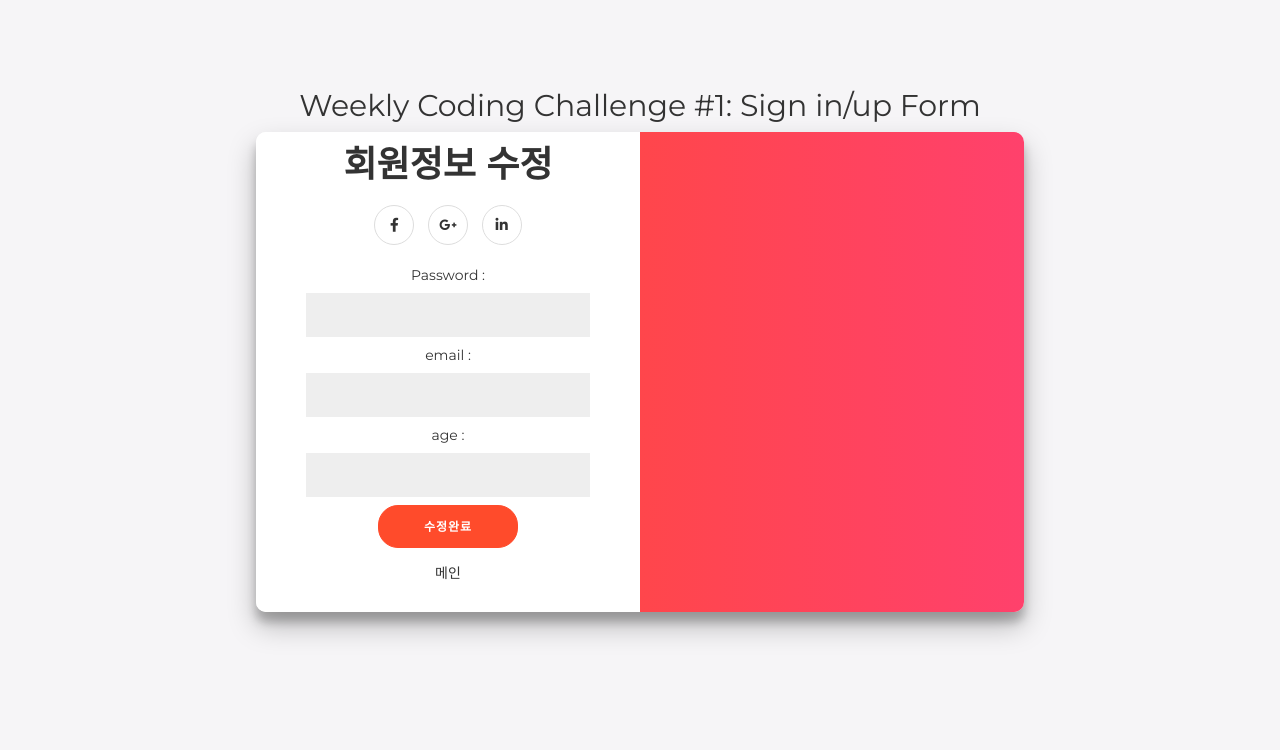
Repository: donghoonshin96/20230601
Page: http://localhost/jsp_project4/member/modify.jsp
The author's editor kept a copy of each file at every save. The page is drawn from the files as they stood at one save, then again after the next save.
The browser window is 1280 px wide. The pictures show the whole page.
Some web libraries are served in a nearby version. The page is served by Tomcat 9. Other server files are loaded and not shown. The template is opened directly, without the code that normally fills it, so the values that code supplies are empty.

Above is the page before, as saved 2023-05-30 06:27:33.

### jsp_project4/jsp_project4/src/main/webapp/member/modify.jsp
<%@ page language="java" contentType="text/html; charset=UTF-8"
	pageEncoding="UTF-8"%>
<!DOCTYPE html>
<html>
<head>
<meta charset="UTF-8">
<meta name="viewport" content="width=device-width, initial-scale=1">
<link rel="stylesheet"
	href="https://maxcdn.bootstrapcdn.com/bootstrap/4.5.2/css/bootstrap.min.css">
<link rel="stylesheet" href="/resources/css/bootstrap.css">
<link rel="stylesheet"
	href="https://cdnjs.cloudflare.com/ajax/libs/font-awesome/5.14.0/css/all.min.css">
<link rel="stylesheet"
	href="//maxcdn.bootstrapcdn.com/bootstrap/3.3.5/css/bootstrap.min.css">
<style>
@import
	url('https://fonts.googleapis.com/css?family=Montserrat:400,800');

* {
	box-sizing: border-box;
}

body {
	background: #f6f5f7;
	display: flex;
	justify-content: center;
	align-items: center;
	flex-direction: column;
	font-family: 'Montserrat', sans-serif;
	height: 100vh;
	margin: -20px 0 50px;
}

h1 {
	font-weight: bold;
	margin: 0;
}

h2 {
	text-align: center;
}

p {
	font-size: 14px;
	font-weight: 100;
	line-height: 20px;
	letter-spacing: 0.5px;
	margin: 20px 0 30px;
}

span {
	font-size: 12px;
}

a {
	color: #333;
	font-size: 14px;
	text-decoration: none;
	margin: 15px 0;
}

button {
	border-radius: 20px;
	border: 1px solid #FF4B2B;
	background-color: #FF4B2B;
	color: #FFFFFF;
	font-size: 12px;
	font-weight: bold;
	padding: 12px 45px;
	letter-spacing: 1px;
	text-transform: uppercase;
	transition: transform 80ms ease-in;
}

button:active {
	transform: scale(0.95);
}

button:focus {
	outline: none;
}

button.ghost {
	background-color: transparent;
	border-color: #FFFFFF;
}

form {
	background-color: #FFFFFF;
	display: flex;
	align-items: center;
	justify-content: center;
	flex-direction: column;
	padding: 0 50px;
	height: 100%;
	text-align: center;
}

input {
	background-color: #eee;
	border: none;
	padding: 12px 15px;
	margin: 8px 0;
	width: 100%;
}

.container {
	background-color: #fff;
	border-radius: 10px;
	box-shadow: 0 14px 28px rgba(0, 0, 0, 0.25), 0 10px 10px
		rgba(0, 0, 0, 0.22);
	position: relative;
	overflow: hidden;
	width: 768px;
	max-width: 100%;
	min-height: 480px;
}

.form-container {
	position: absolute;
	top: 0;
	height: 100%;
	transition: all 0.6s ease-in-out;
}

.sign-in-container {
	left: 0;
	width: 50%;
	z-index: 2;
}

.container.right-panel-active .sign-in-container {
	transform: translateX(100%);
}

.sign-up-container {
	left: 0;
	width: 50%;
	opacity: 0;
	z-index: 1;
}

.container.right-panel-active .sign-up-container {
	transform: translateX(100%);
	opacity: 1;
	z-index: 5;
	animation: show 0.6s;
}

@
keyframes show { 0%, 49.99% {
	opacity: 0;
	z-index: 1;
}

50


%
,
100


%
{
opacity


:


1
;


z-index


:


5
;


}
}
.overlay-container {
	position: absolute;
	top: 0;
	left: 50%;
	width: 50%;
	height: 100%;
	overflow: hidden;
	transition: transform 0.6s ease-in-out;
	z-index: 100;
}

.container.right-panel-active .overlay-container {
	transform: translateX(-100%);
}

.overlay {
	background: #FF416C;
	background: -webkit-linear-gradient(to right, #FF4B2B, #FF416C);
	background: linear-gradient(to right, #FF4B2B, #FF416C);
	background-repeat: no-repeat;
	background-size: cover;
	background-position: 0 0;
	color: #FFFFFF;
	position: relative;
	left: -100%;
	height: 100%;
	width: 200%;
	transform: translateX(0);
	transition: transform 0.6s ease-in-out;
}

.container.right-panel-active .overlay {
	transform: translateX(50%);
}

.overlay-panel {
	position: absolute;
	display: flex;
	align-items: center;
	justify-content: center;
	flex-direction: column;
	padding: 0 40px;
	text-align: center;
	top: 0;
	height: 100%;
	width: 50%;
	transform: translateX(0);
	transition: transform 0.6s ease-in-out;
}

.overlay-left {
	transform: translateX(-20%);
}

.container.right-panel-active .overlay-left {
	transform: translateX(0);
}

.overlay-right {
	right: 0;
	transform: translateX(0);
}

.container.right-panel-active .overlay-right {
	transform: translateX(20%);
}

.social-container {
	margin: 20px 0;
}

.social-container a {
	border: 1px solid #DDDDDD;
	border-radius: 50%;
	display: inline-flex;
	justify-content: center;
	align-items: center;
	margin: 0 5px;
	height: 40px;
	width: 40px;
}

footer {
	background-color: #222;
	color: #fff;
	font-size: 14px;
	bottom: 0;
	position: fixed;
	left: 0;
	right: 0;
	text-align: center;
	z-index: 999;
}

footer p {
	margin: 10px 0;
}

footer i {
	color: red;
}

footer a {
	color: #3c97bf;
	text-decoration: none;
}
</style>
<title>회원정보 수정 페이지</title>

</head>

<body>
	<h2>Weekly Coding Challenge #1: Sign in/up Form</h2>
	<div class="container" id="container">
		<div class="form-container sign-up-container">
			<form action="#">
				<h1>Create Account</h1>
				<div class="social-container">
					<a href="#" class="social"><i class="fab fa-facebook-f"></i></a> <a
						href="#" class="social"><i class="fab fa-google-plus-g"></i></a> <a
						href="#" class="social"><i class="fab fa-linkedin-in"></i></a>
				</div>
				<span>or use your email for registration</span> <input type="text"
					name="id" placeholder="Name" /> <input type="email"
					name="password" placeholder="Email" /> <input type="password"
					placeholder="Password" />
				<button>Sign Up</button>
			</form>
		</div>
		<div class="form-container sign-in-container">
			<form action="/mem/edit" method="post">
				<h1>회원정보 수정</h1>
				<div class="social-container">
					<a href="#" class="social"><i class="fab fa-facebook-f"></i></a> <a
						href="#" class="social"><i class="fab fa-google-plus-g"></i></a> <a
						href="#" class="social"><i class="fab fa-linkedin-in"></i></a>
				</div>
				Password : <input type="password"name="password" value="${ses.password }">
				email : <input type="email" name="email" value="${ses.email }">
				age : <input type="text" name="age" value="${ses.age }">
				<button type="submit">수정완료</button>
				<a href="/">메인</a>
			</form>
		</div>
		<div class="overlay-container">
			<div class="overlay">
				<div class="overlay-panel overlay-left">
					<h1>Welcome Back!</h1>
					<p>To keep connected with us please login with your personal
						info</p>

					<button class="ghost" id="signIn">Sign In</button>
				</div>
			</div>
		</div>
	</div>
</body>
</html>

Loaded but not shown: jsp_project4/jsp_project4/src/main/webapp/resources/dist/css/bootstrap.css (library)

After the next save:
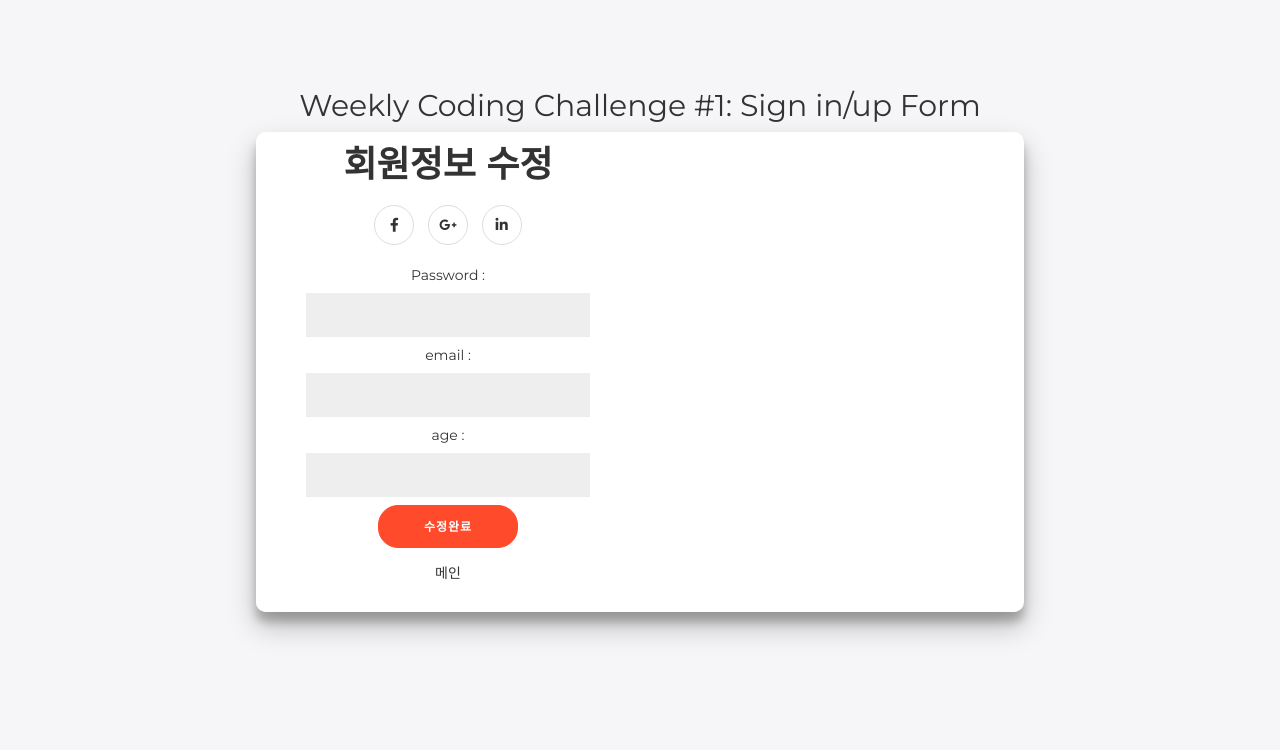
Saved 2 min 33 s later.
--- a/jsp_project4/jsp_project4/src/main/webapp/member/modify.jsp
+++ b/jsp_project4/jsp_project4/src/main/webapp/member/modify.jsp
@@ -329,17 +329,7 @@
 				<a href="/">메인</a>
 			</form>
 		</div>
-		<div class="overlay-container">
-			<div class="overlay">
-				<div class="overlay-panel overlay-left">
-					<h1>Welcome Back!</h1>
-					<p>To keep connected with us please login with your personal
-						info</p>
-
-					<button class="ghost" id="signIn">Sign In</button>
-				</div>
-			</div>
-		</div>
+
 	</div>
 </body>
 </html>

After the save that followed:
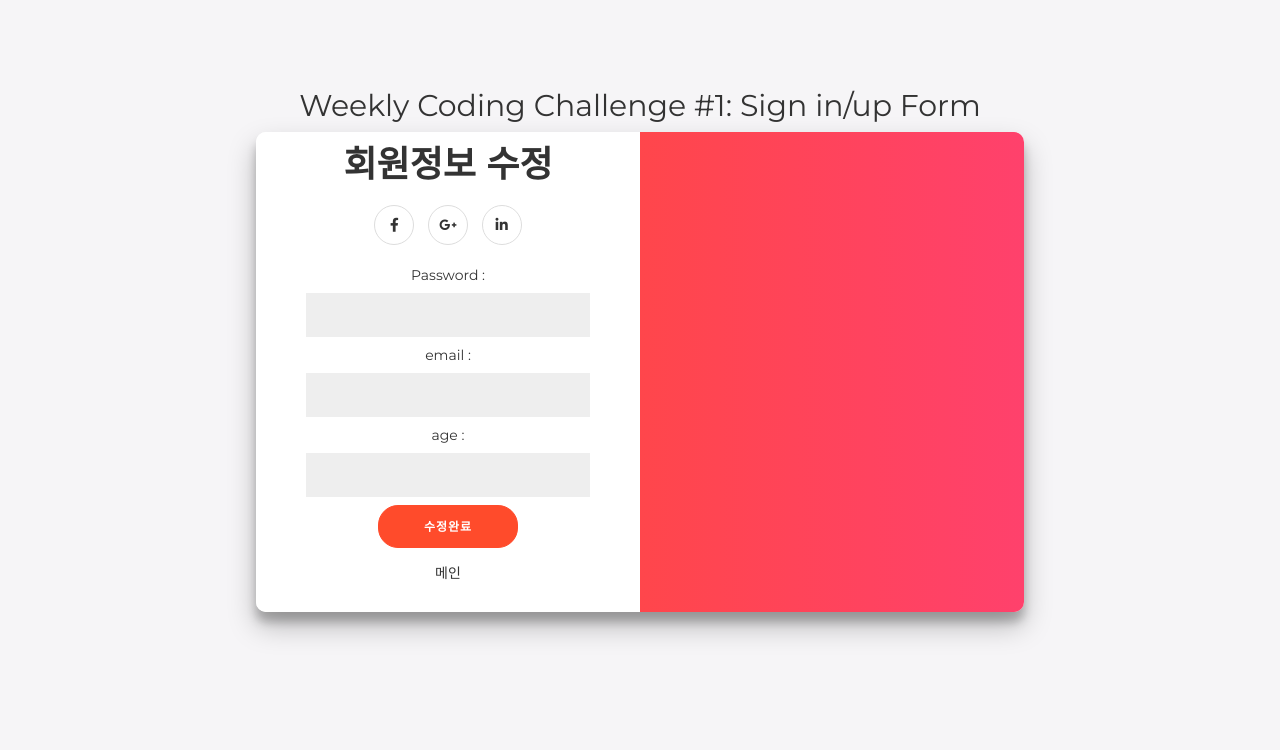
Saved 19 s later.
--- a/jsp_project4/jsp_project4/src/main/webapp/member/modify.jsp
+++ b/jsp_project4/jsp_project4/src/main/webapp/member/modify.jsp
@@ -329,7 +329,17 @@
 				<a href="/">메인</a>
 			</form>
 		</div>
-
+		<div class="overlay-container">
+			<div class="overlay">
+				<div class="overlay-panel overlay-left">
+					<h1>Welcome Back!</h1>
+					<p>To keep connected with us please login with your personal
+						info</p>
+
+					<button class="ghost" id="signIn">Sign In</button>
+				</div>
+			</div>
+		</div>
 	</div>
 </body>
 </html>
